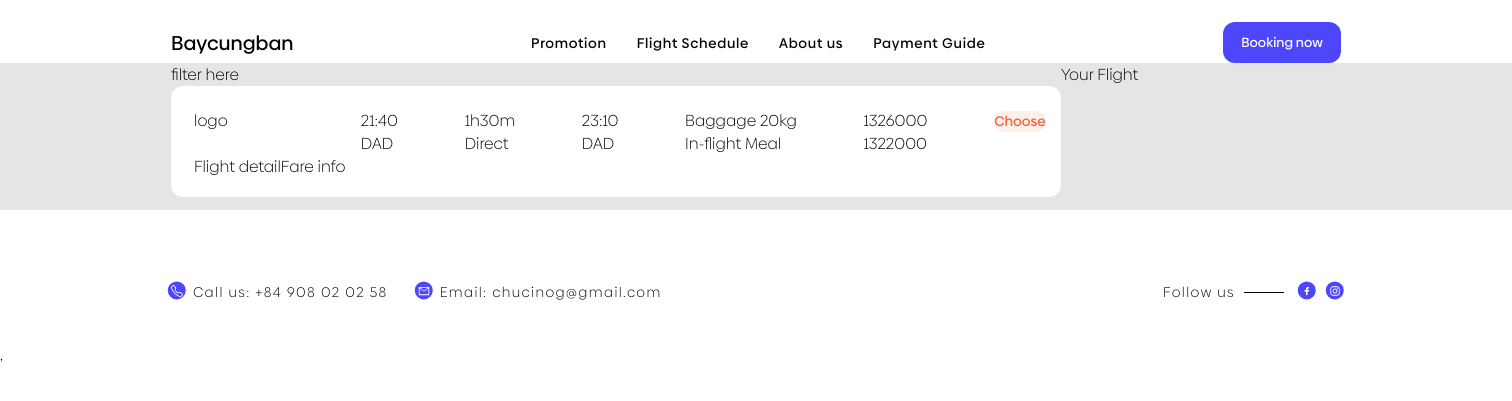
Repository: pinocoding/my-flying
Page: /list (app in my-flying/)
An editor plug-in stored every save of this project. The page is shown before and after the next save, followed by the edit.
The browser window is 1280 px wide. The page is 1512 px wide, so the pictures cover 1512 px, including what lies to the right of the window. The pictures show the whole page.
The project was rebuilt for these pictures with package versions that can differ from the ones it lists, and the page was loaded fresh each time. Also part of the build but not shown: my-flying/src/components/InDecreaBtn/InDecreaBtn.js, my-flying/src/components/TravelBooking/TravelBooking.css, my-flying/src/components/TravelBooking/TravelBooking.js, my-flying/src/components/home/Home.css, my-flying/src/components/home/Home.js. Imported but missing from the stored project, and not drawn on this page: my-flying/src/reportWebVitals.

Above is the page before, as saved 2022-09-09 17:03:23.

After the next save:
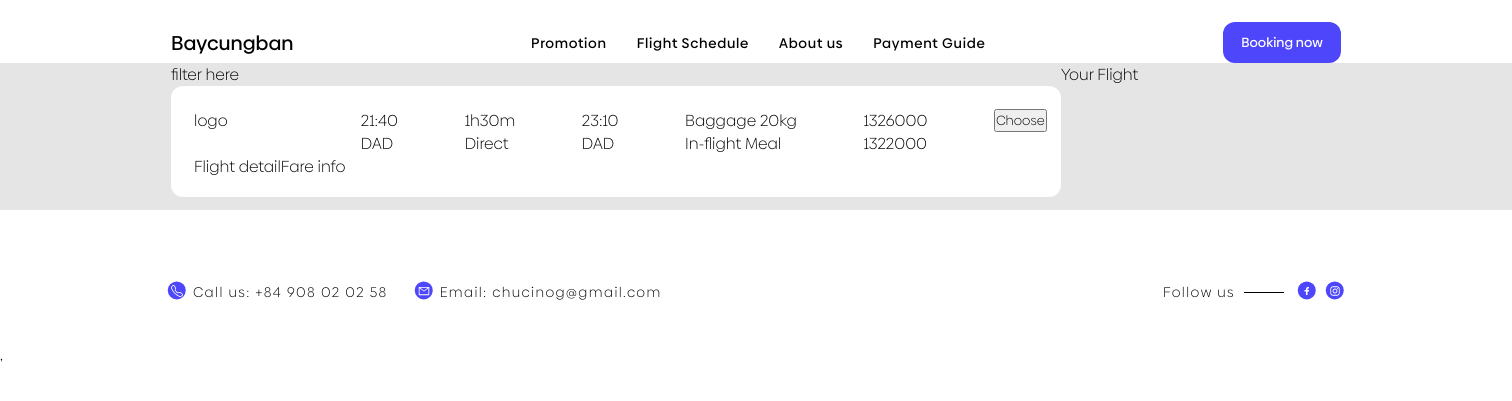
Saved 11 s later.
--- a/my-flying/src/components/FlightsInfor/FlightInfor.css
+++ b/my-flying/src/components/FlightsInfor/FlightInfor.css
@@ -15,7 +15,7 @@
   list-style: none;
   display: flex;
 }
-.flight-choose button {
+.flight-choose {
   width: 82px;
   height: 33px;
   background: rgba(240, 99, 54, 0.1);

After the 3 saves that followed:
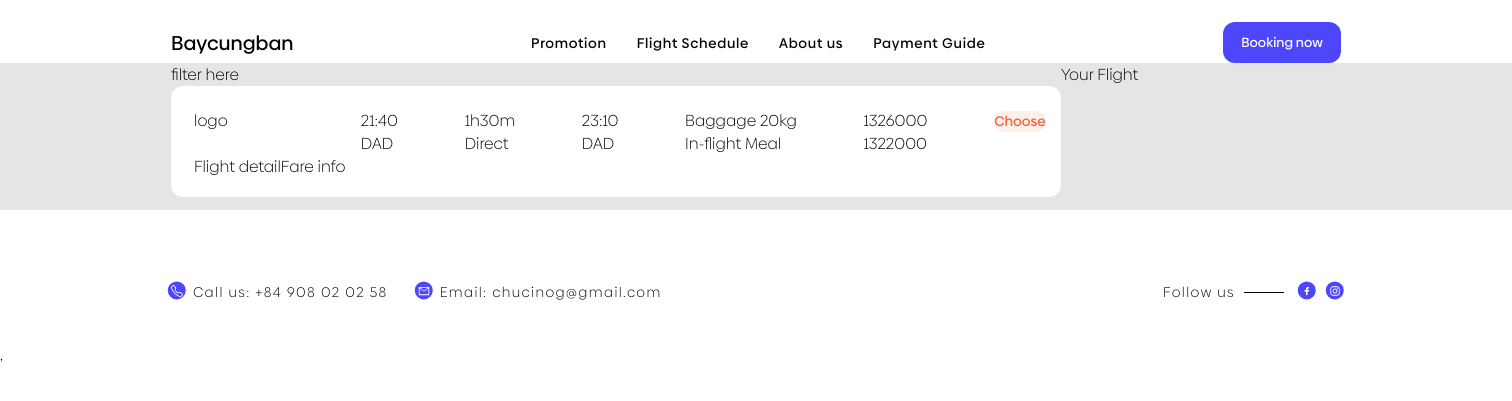
The 3 saves are shown as one change because they came seconds apart.
The last was saved 26 s later.
--- a/my-flying/src/components/FlightsInfor/FlightInfor.css
+++ b/my-flying/src/components/FlightsInfor/FlightInfor.css
@@ -15,7 +15,7 @@
   list-style: none;
   display: flex;
 }
-.flight-choose {
+.flight-choose button {
   width: 82px;
   height: 33px;
   background: rgba(240, 99, 54, 0.1);
